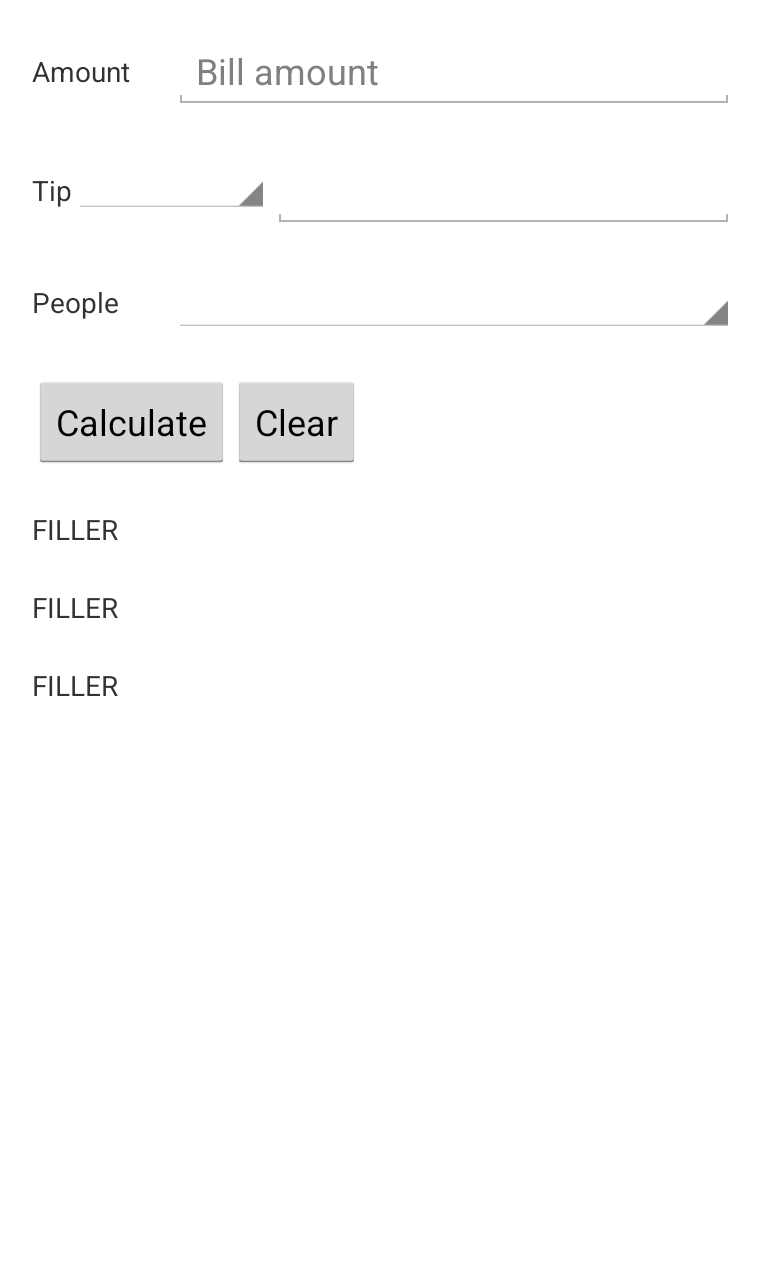
Repository: ericMedeiros93/Android-Dev
Layout: TipSplit/res/layout/activity_main.xml
An editor plug-in stored every save of this project. The layout is shown before and after the next save, followed by the edit.
It is drawn on a 768 x 1280 px phone screen (xhdpi) without system bars, with theme AppTheme; the app's code is not run.

Above is the layout before, as saved 2014-09-12 15:54:37.

### TipSplit/res/layout/activity_main.xml
<LinearLayout xmlns:android="http://schemas.android.com/apk/res/android"
    xmlns:tools="http://schemas.android.com/tools"
    android:layout_width="match_parent"
    android:layout_height="match_parent"
    android:orientation="vertical"
    android:paddingBottom="@dimen/activity_vertical_margin"
    android:paddingLeft="@dimen/activity_horizontal_margin"
    android:paddingRight="@dimen/activity_horizontal_margin"
    android:paddingTop="@dimen/activity_vertical_margin"
    tools:context="com.ericmedeiros.tipsplit.MainActivity" >

    <LinearLayout
        android:layout_width="match_parent"
        android:layout_height="wrap_content"
        android:paddingBottom="20dp" >

        <TextView
            android:layout_width="0dp"
            android:layout_height="wrap_content"
            android:layout_gravity="center_vertical"
            android:layout_weight="1"
            android:text="@string/amount_label" />

        <EditText
            android:id="@+id/bill"
            android:layout_width="0dp"
            android:layout_height="wrap_content"
            android:layout_gravity="right"
            android:layout_weight="4"
            android:hint="@string/amount_hint"
            android:inputType="numberDecimal" />
    </LinearLayout>

    <LinearLayout
        android:layout_width="match_parent"
        android:layout_height="wrap_content"
        android:paddingBottom="20dp" >

        <TextView
            android:layout_width="wrap_content"
            android:layout_height="wrap_content"
            android:layout_gravity="center_vertical"
            android:text="@string/tip_label" />

        <Spinner
            android:id="@+id/tip_amounts"
            android:layout_width="wrap_content"
            android:layout_height="wrap_content"
            android:layout_gravity="right"
            android:layout_weight="1" />

        <EditText
            android:id="@+id/otherAmount"
            android:layout_width="0dp"
            android:layout_height="wrap_content"
            android:layout_gravity="right"
            android:layout_weight="3"
            android:hint=""
            android:inputType="none" />
    </LinearLayout>

    <LinearLayout
        android:layout_width="match_parent"
        android:layout_height="wrap_content"
        android:layout_gravity="left"
        android:paddingBottom="20dp" >

        <TextView
            android:layout_width="0dp"
            android:layout_height="wrap_content"
            android:layout_gravity="center_vertical"
            android:layout_weight="1"
            android:text="@string/people_label" />

        <Spinner
            android:id="@+id/people_amount"
            android:layout_width="0dp"
            android:layout_height="wrap_content"
            android:layout_gravity="right"
            android:layout_weight="4" />
    </LinearLayout>

    <LinearLayout
        android:layout_width="match_parent"
        android:layout_height="wrap_content"
        android:orientation="horizontal"
        android:paddingBottom="20dp" >

        <Button
            android:id="@+id/calculate"
            android:layout_width="wrap_content"
            android:layout_height="wrap_content"
            android:text="@string/calculate"/>

        <Button
            android:id="@+id/clear"
            android:layout_width="wrap_content"
            android:layout_height="wrap_content"
            android:text="@string/clear" />
    </LinearLayout>

    <LinearLayout
        android:layout_width="match_parent"
        android:layout_height="wrap_content"
        android:orientation="vertical" >

        <TextView
            android:id="@+id/tipTotal"
            android:layout_width="match_parent"
            android:layout_height="wrap_content"
            android:paddingBottom="20dp"
            android:text="FILLER" />

        <TextView
            android:id="@+id/total"
            android:layout_width="match_parent"
            android:layout_height="wrap_content"
            android:paddingBottom="20dp"
            android:text="FILLER" />

        <TextView
            android:id="@+id/split"
            android:layout_width="match_parent"
            android:layout_height="wrap_content"
            android:text="FILLER" />
    </LinearLayout>

</LinearLayout>

### TipSplit/res/values/strings.xml
<?xml version="1.0" encoding="utf-8"?>
<resources>

    <string name="app_name">TipSplit</string>
    <string name="hello_world">Hello world!</string>
    <string name="action_settings">Settings</string>
    <string name="tip_label">Tip</string>
    <string name="amount_label">Amount</string>
    <string name="amount_hint">Bill amount</string>
    <string name="people_label">People</string>
    <string name="calculate">Calculate</string>
    <string name="clear">Clear</string>

    <string-array name="tip">
        <item>10%</item>
        <item>15%</item>
        <item>20%</item>
        <item>Other %</item>
        <item>Other $</item>
    </string-array>

    <string-array name="people">
        <item>1</item>
        <item>2</item>
        <item>3</item>
        <item>4</item>
        <item>5</item>
        <item>6</item>
        <item>7</item>
        <item>8</item>
        <item>9</item>
        <item>10</item>
    </string-array>

</resources>

Loaded but not shown: TipSplit/res/values/styles.xml (common file); TipSplit/res/values-v11/styles.xml (common file); TipSplit/res/values-v14/styles.xml (common file); TipSplit/res/values/dimens.xml (common file); TipSplit/res/values-w820dp/dimens.xml (common file)

After the next save:
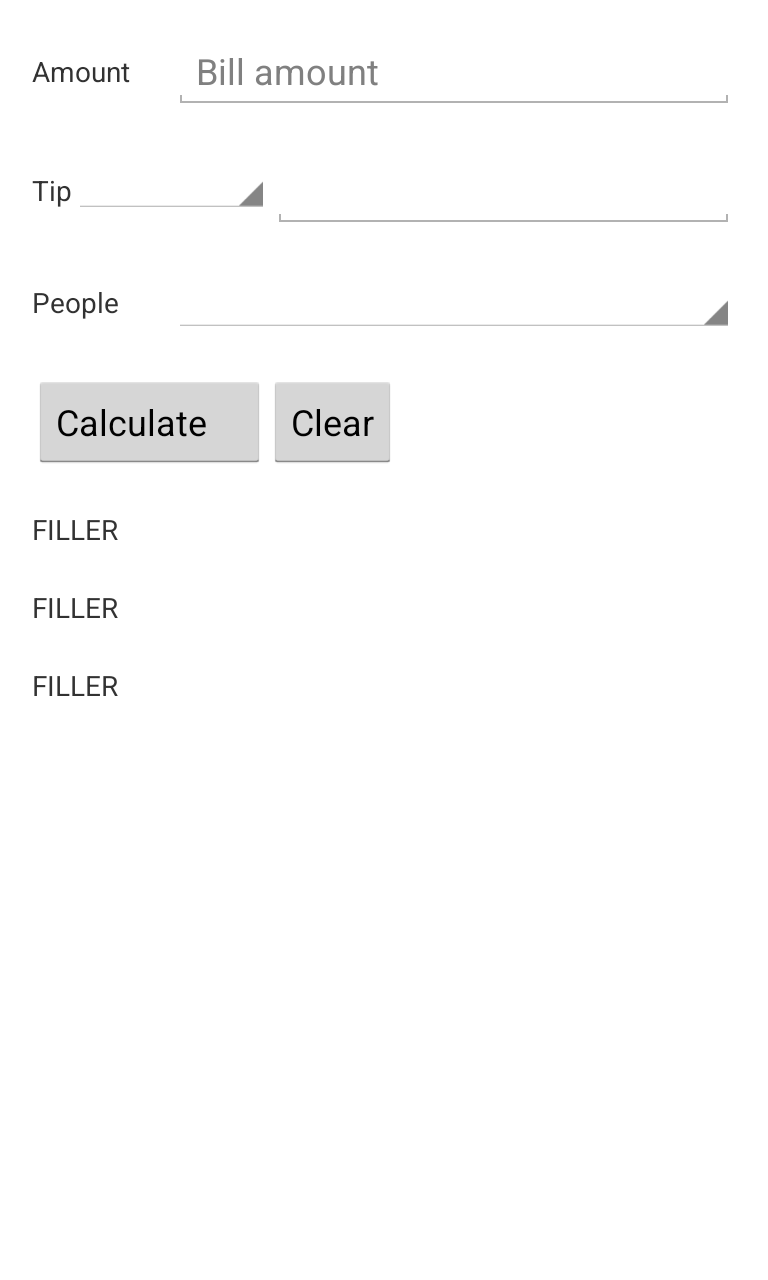
Saved 25 s later.
--- a/TipSplit/res/layout/activity_main.xml
+++ b/TipSplit/res/layout/activity_main.xml
@@ -90,7 +90,8 @@
             android:id="@+id/calculate"
             android:layout_width="wrap_content"
             android:layout_height="wrap_content"
-            android:text="@string/calculate"/>
+            android:text="@string/calculate"
+            android:paddingRight="30dp"/>
 
         <Button
             android:id="@+id/clear"
